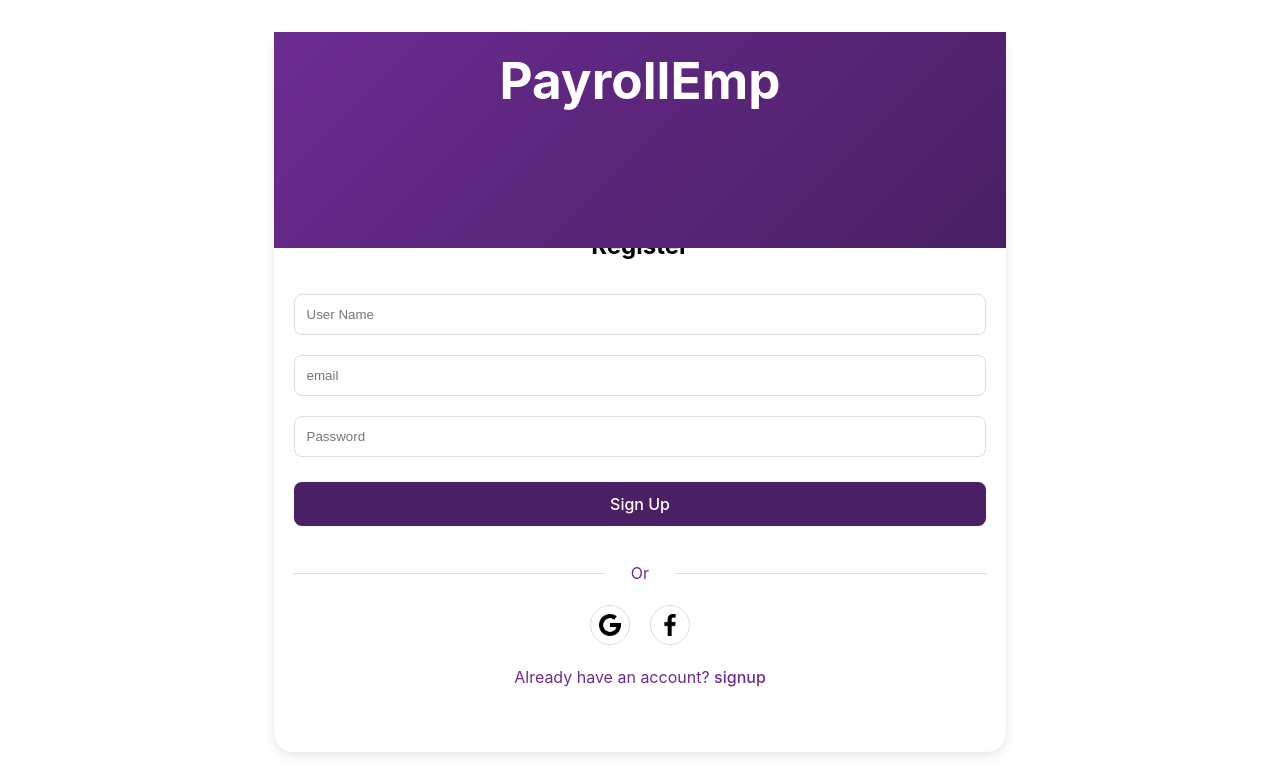
Repository: nino-pixel/payrolllatest
Page: /signup (app in web_vue/)
An editor plug-in stored every save of this project. The page is shown before and after the next save, followed by the edit.
The browser window is 1280 px wide. The pictures show the whole page.
The project was rebuilt for these pictures with package versions that can differ from the ones it lists, and the page was loaded fresh each time. Also part of the build but not shown: web_vue/vite.config.js, web_vue/src/components/login_page.vue.

Above is the page before, as saved 2024-12-18 19:40:46.

### web_vue/src/App.vue

<template>
 <router-view></router-view>

</template>

<script>
import login_page from './components/login_page.vue'
 // Import the component

export default {
  name: 'App',
  components: {
    login_page,
  }
}
</script>
<style scoped>
.logo {
  height: 6em;
  padding: 1.5em;
  will-change: filter;
  transition: filter 300ms;
}
.logo:hover {
  filter: drop-shadow(0 0 2em #646cffaa);
}
.logo.vue:hover {
  filter: drop-shadow(0 0 2em #42b883aa);
}
</style>

### web_vue/src/router/index.js
import { createRouter, createWebHistory } from 'vue-router'
import LoginPage from '../components/login_page.vue'
import SignupPage from '../components/sign_up.vue'


const routes = [
  {
    path: '/',
    name: 'Login',
    component: LoginPage
  },
  {
    path: '/signup',
    name: 'Signup',
    component: SignupPage
  }
  // Add other routes here as needed
]

const router = createRouter({
  history: createWebHistory(),
  routes
})

export default router

### web_vue/src/components/sign_up.vue
<template>
  <div class="signup-container">
    <div class="wave-bg"></div>
    <h1>PayrollEmp</h1>

    <div class="signup-form">
      <h2>Register</h2>
      <input
        type="text"
        v-model="username"
        placeholder="User Name"
      >
      <input
        type="text"
        v-model="email"
        placeholder="email"
      >
      <input
        type="password"
        v-model="password"
        placeholder="Password"
      >
      <button
        class="sign-up"
        @click="handlesignup"
      >
        Sign Up
      </button>

      <div class="divider">
        <span>Or</span>
      </div>

      <div class="social-signup">
        <button class="google" @click="handleGooglesignup">
          <img src="../assets/google-icon.png" alt="Google">
        </button>
        <button class="facebook" @click="handleFacebooksignup">
          <img src="../assets/facebook-icon.png" alt="Facebook">

        </button>
      </div>

      <p class="signup-link">
    Already have an account?
    <router-link :to="{path: '/'}">signup</router-link>
  </p>
    </div>
  </div>
</template>

<script>
export default {
  name: 'signupPage',
  data() {
    return {
      username: '',
      password: ''
    }
  },
  methods: {
    handlesignup() {
      // Implement signup logic here
      console.log('signup attempt with:', {
        username: this.username,
        password: this.password
      })
    },
    handleGooglesignup() {
      // Implement Google signup logic
      console.log('Google signup clicked')
    },
    handleFacebooksignup() {
      // Implement Facebook signup logic
      console.log('Facebook signup clicked')
    },
    goToSignup() {
      // Implement navigation to signup page
      console.log('Navigate to signup')
      // this.$router.push('/signup')
    }
  }
}
</script>

<style scoped>
h2{
  color: black;
}
/* Your existing CSS remains the same */
body {
    margin: 0;
    font-family: Arial, sans-serif;
    background: #f5f5f5;
}

.signup-container {
  width: 100%;
    position: relative;
    min-height: 100vh;  /* Changed from max-width to min-height */
    background: white;
    border-radius: 20px;
    box-shadow: 0 4px 12px rgba(0,0,0,0.1);
    display: flex;      /* Added for better centering */
    flex-direction: column;
    align-items: center;
}

.wave-bg {
    position: absolute;
    top: 0;
    left: 0;
    right: 0;
    height: 30vh;       /* Changed to viewport height */
    background: linear-gradient(135deg, #6b2c91, #4a1f64);
    border-radius: 0;   /* Remove border radius for full width */
}

h1 {
    color: white;
    position: relative;
    margin: 20px;
}

.signup-form {
    padding: 20px;
    margin-top: 60px;
}

input {
    width: 100%;
    padding: 12px;
    margin: 10px 0;
    border: 1px solid #ddd;
    border-radius: 8px;
    box-sizing: border-box;
}

.sign-up {
    width: 100%;
    padding: 12px;
    background: #4a1f64;
    color: white;
    border: none;
    border-radius: 8px;
    margin: 15px 0;
    cursor: pointer;
}

.divider {
    text-align: center;
    margin: 20px 0;
    position: relative;

    color: #6b2c91;
}

.divider::before,
.divider::after {
    content: "";
    position: absolute;
    top: 50%;
    width: 45%;
    height: 1px;
    background: #ddd;

    color: #6b2c91;
}

.divider::before { left: 0; }
.divider::after { right: 0; }

.social-signup {
    display: flex;
    justify-content: center;
    gap: 20px;
}

.social-signup button {
    width: 40px;
    height: 40px;
    border-radius: 50%;
    border: 1px solid #ddd;
    background: white;
    cursor: pointer;
    padding: 8px;
}

.social-signup img {
    width: 100%;
    height: 100%;
    object-fit: contain;
}

.signup-link {
    text-align: center;
    margin-top: 20px;
    color: #6b2c91;

}

.signup-link a {
    color: #6b2c91;
    text-decoration: none;
}
</style>

Loaded but not shown: web_vue/src/main.js (common file); web_vue/src/style.css (common file)

After the next save:
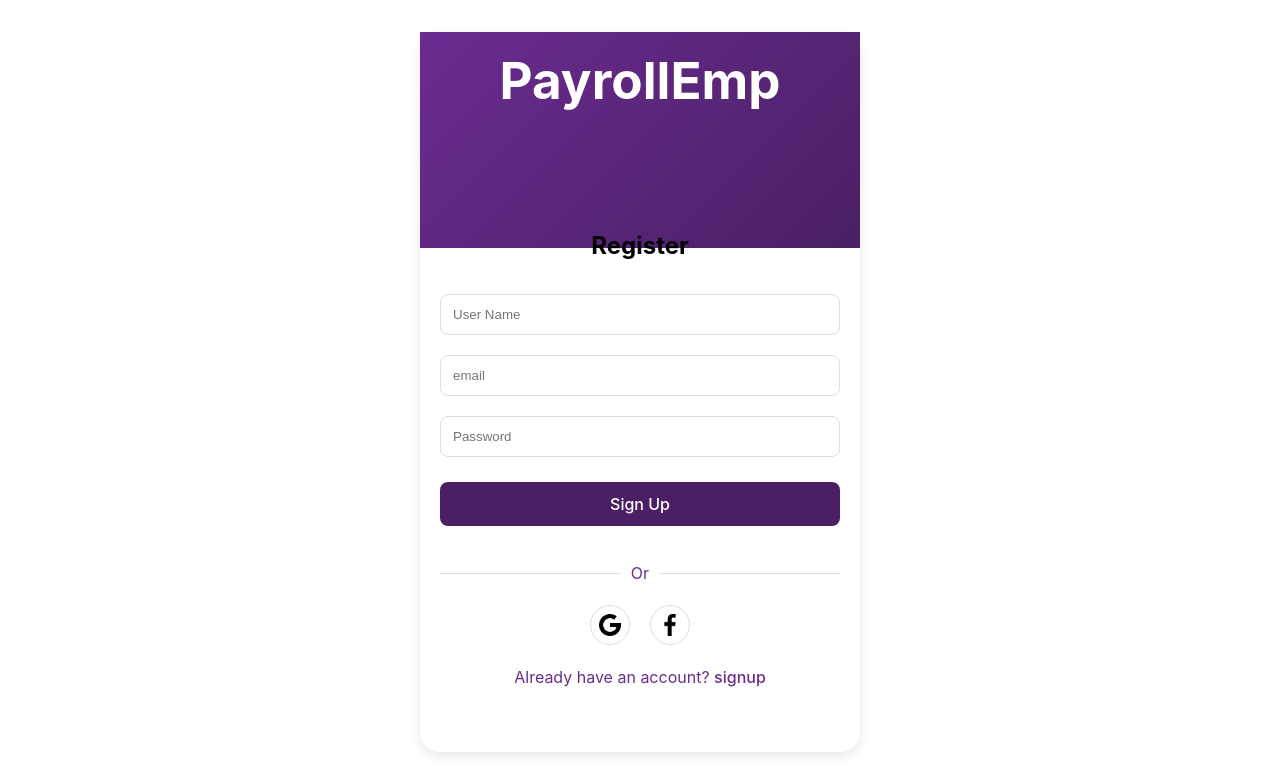
Saved 18 s later.
--- a/web_vue/src/components/sign_up.vue
+++ b/web_vue/src/components/sign_up.vue
@@ -123,8 +123,12 @@ h1 {
 }
 
 .signup-form {
+  position: relative;
+    width: 100%;
+    max-width: 400px;   /* Keep form width contained */
     padding: 20px;
     margin-top: 60px;
+    z-index: 1;
 }
 
 input {
